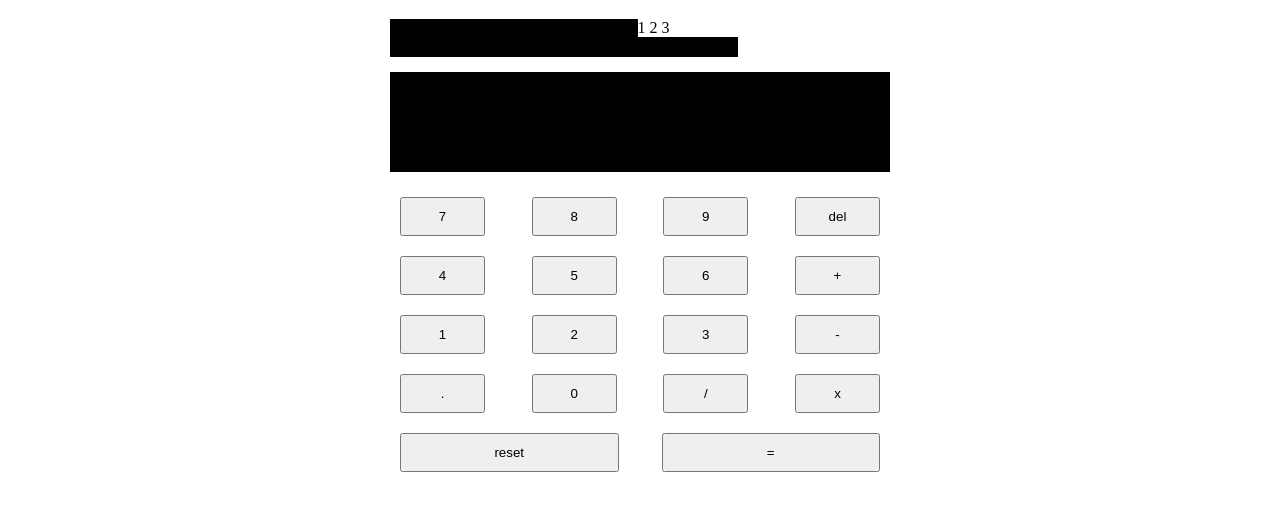
Repository: Eugene44-hub/basic-calculator
Page: index.html
An editor plug-in stored every save of this project. The page is shown before and after the next save, followed by the edit.
The browser window is 1280 px wide. The pictures show the whole page.

Above is the page before, as saved 2021-10-01 14:37:32.
Console error: SyntaxError: Unexpected end of input

After the next save:
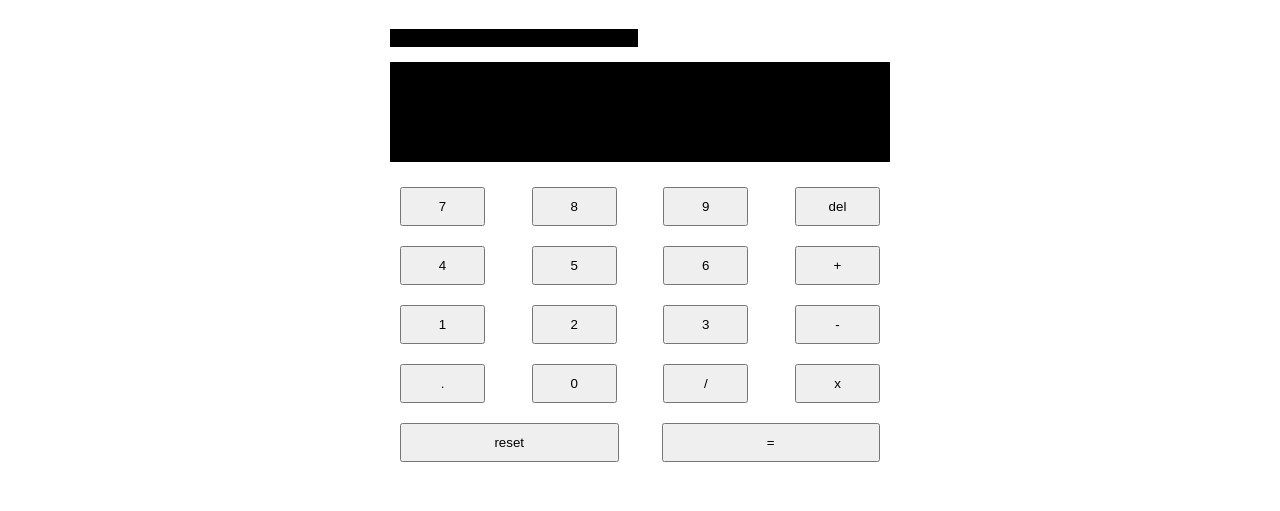
Saved 5 s later.
--- a/index.html
+++ b/index.html
@@ -16,10 +16,7 @@
             <div class="header">calc</div>
             <div class="theme-number">
                 <div class="number-toggle"></div>
-                <span id="one">1</span>
-                <span id="two">2</span>
-                <span id="three">3</span>
-                <div class="toggle"></div>
+
             </div>
         </div>
         <div class="output">

After the save that followed:
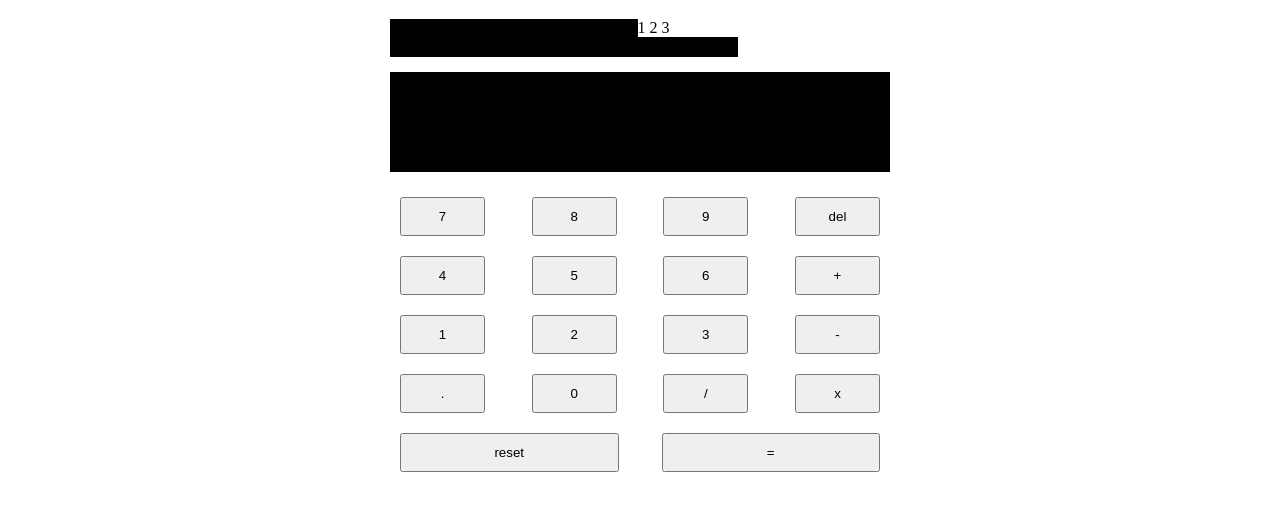
Saved 6 s later.
--- a/index.html
+++ b/index.html
@@ -15,7 +15,12 @@
         <div class="theme">
             <div class="header">calc</div>
             <div class="theme-number">
-                <div class="number-toggle"></div>
+                <div class="number-toggle">
+                    <span id="one">1</span>
+                    <span id="two">2</span>
+                    <span id="three">3</span>
+                    <div class="toggle"></div>
+                </div>
 
             </div>
         </div>
